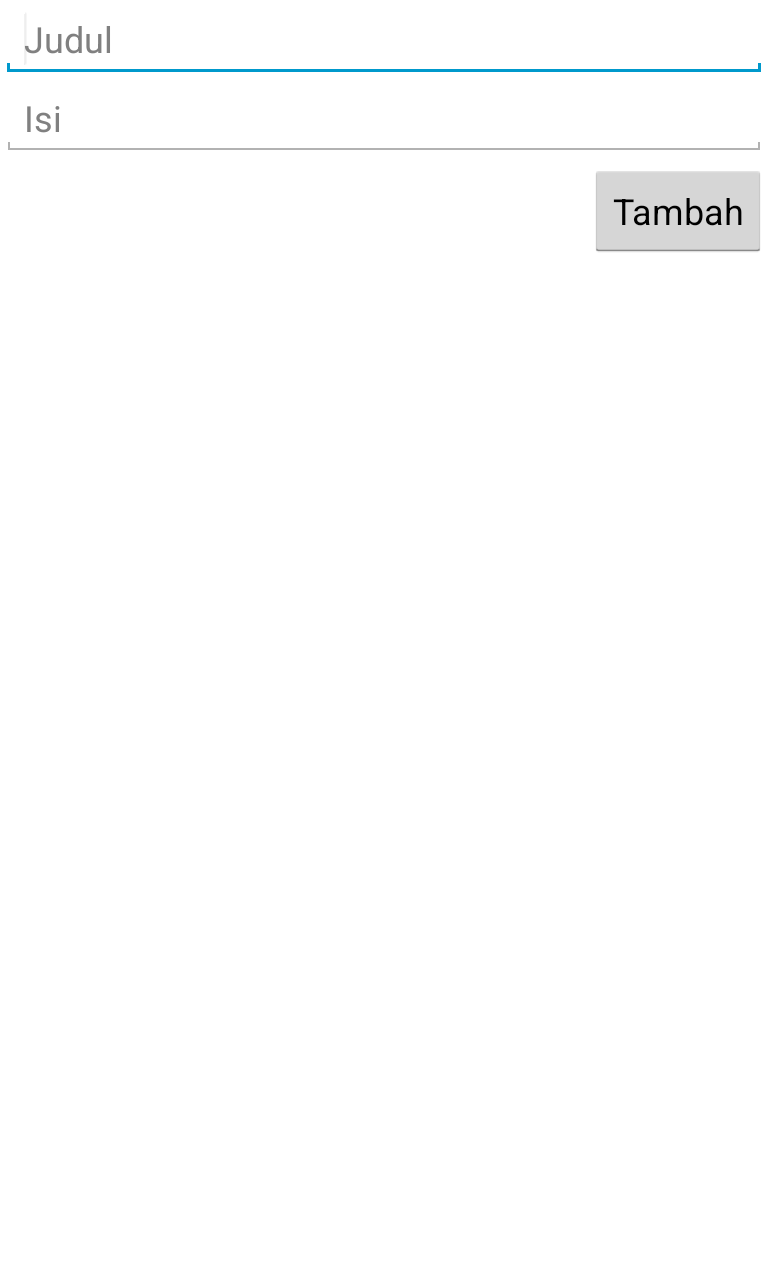
Repository: hako-975/kelompok10-eclipse-mobile-programming
Layout: Andri_Firman_Saputra_SQLite/res/layout/activity_andri_firman_saputra_add_sqlite.xml
An editor plug-in stored every save of this project. The layout is shown before and after the next save, followed by the edit.
It is drawn on a 768 x 1280 px phone screen (xhdpi) without system bars, with theme AppTheme; the app's code is not run.

Above is the layout before, as saved 2023-07-06 22:23:48.

### Andri_Firman_Saputra_SQLite/res/layout/activity_andri_firman_saputra_add_sqlite.xml
<RelativeLayout xmlns:android="http://schemas.android.com/apk/res/android"
    xmlns:tools="http://schemas.android.com/tools"
    android:layout_width="match_parent"
    android:layout_height="match_parent" >

    <LinearLayout
        android:id="@+id/linearLayout1"
        android:layout_width="wrap_content"
        android:layout_height="wrap_content"
        android:layout_alignParentLeft="true"
        android:layout_alignParentRight="true"
        android:layout_alignParentTop="true" >

        <EditText
            android:id="@+id/judulEditText"
            android:layout_width="wrap_content"
            android:layout_height="wrap_content"
            android:layout_weight="1"
            android:hint="Judul" >

            <requestFocus />
        </EditText>
    </LinearLayout>

    <LinearLayout
        android:id="@+id/linearLayout2"
        android:layout_width="wrap_content"
        android:layout_height="wrap_content"
        android:layout_alignParentBottom="true"
        android:layout_alignParentLeft="true"
        android:layout_alignParentRight="true"
        android:layout_below="@+id/linearLayout1" >

        <EditText
            android:id="@+id/isiEditText"
            android:layout_width="match_parent"
            android:layout_height="wrap_content"
            android:layout_weight="1"
            android:hint="Isi" />
    </LinearLayout>

    <Button
        android:id="@+id/buttonTambah"
        android:layout_width="wrap_content"
        android:layout_height="wrap_content"
        android:layout_alignParentRight="true"
        android:layout_alignTop="@+id/linearLayout2"
        android:layout_marginTop="42dp"
        android:text="Tambah" />

</RelativeLayout>

Loaded but not shown: Andri_Firman_Saputra_SQLite/res/values-v11/styles.xml (common file); Andri_Firman_Saputra_SQLite/res/values-v14/styles.xml (common file); Andri_Firman_Saputra_SQLite/res/values/styles.xml (common file)

After the next save:
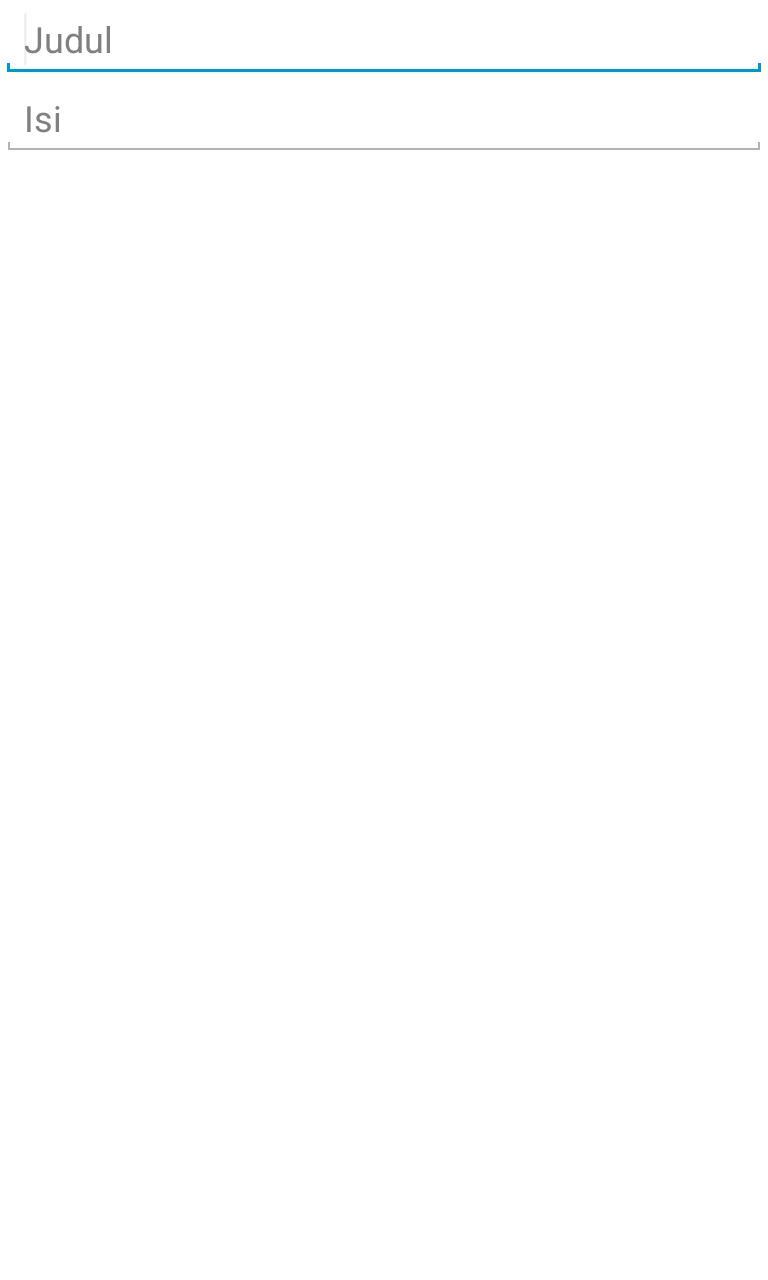
Saved 110 s later.
--- a/Andri_Firman_Saputra_SQLite/res/layout/activity_andri_firman_saputra_add_sqlite.xml
+++ b/Andri_Firman_Saputra_SQLite/res/layout/activity_andri_firman_saputra_add_sqlite.xml
@@ -39,13 +39,4 @@
             android:hint="Isi" />
     </LinearLayout>
 
-    <Button
-        android:id="@+id/buttonTambah"
-        android:layout_width="wrap_content"
-        android:layout_height="wrap_content"
-        android:layout_alignParentRight="true"
-        android:layout_alignTop="@+id/linearLayout2"
-        android:layout_marginTop="42dp"
-        android:text="Tambah" />
-
 </RelativeLayout>
